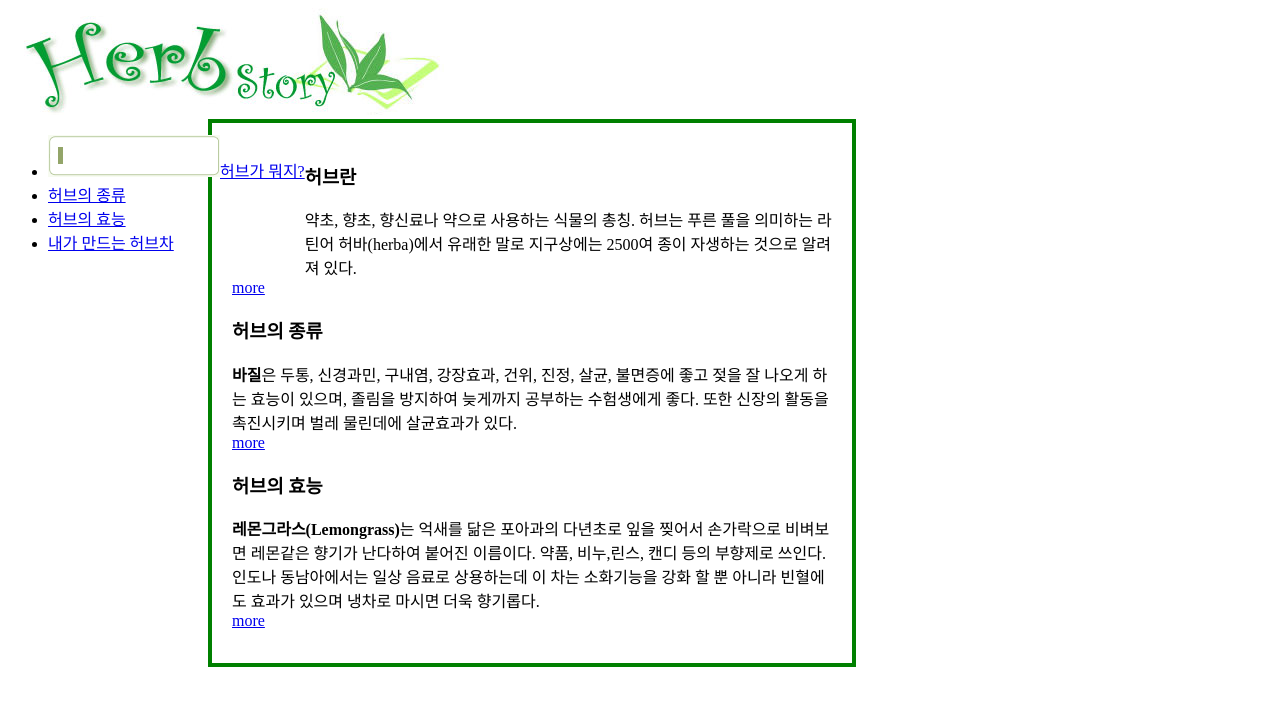
Repository: RyuJelly/java_web
Page: CSS/WebContent/exam2/menu2.htm
These files come from the project's save history. The page is drawn as it stood at one moment and after the next save; the edit follows.
The browser window is 1280 px wide. The pictures show the whole page.

Above is the page before, as saved 2021-03-08 03:15:43.

After the next save:
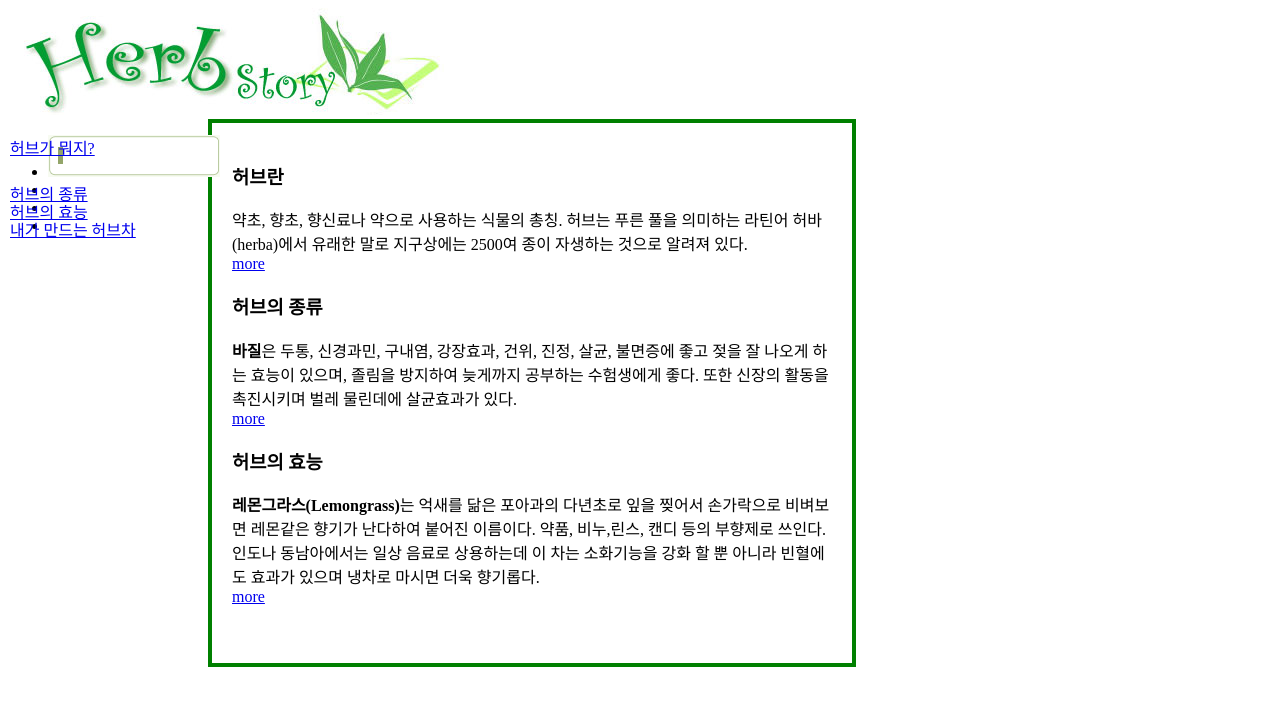
Saved 74 s later.
--- a/CSS/WebContent/exam2/menu2.htm
+++ b/CSS/WebContent/exam2/menu2.htm
@@ -17,6 +17,13 @@
  		border: 4px solid;
  		border-color: green;
  		padding: 20px;
+ 	}
+ 	img{
+ 		position: relative;
+ 	}
+ 	li a {
+ 		position: absolute;
+ 		left: 10px;
  	}
 
 </style>
